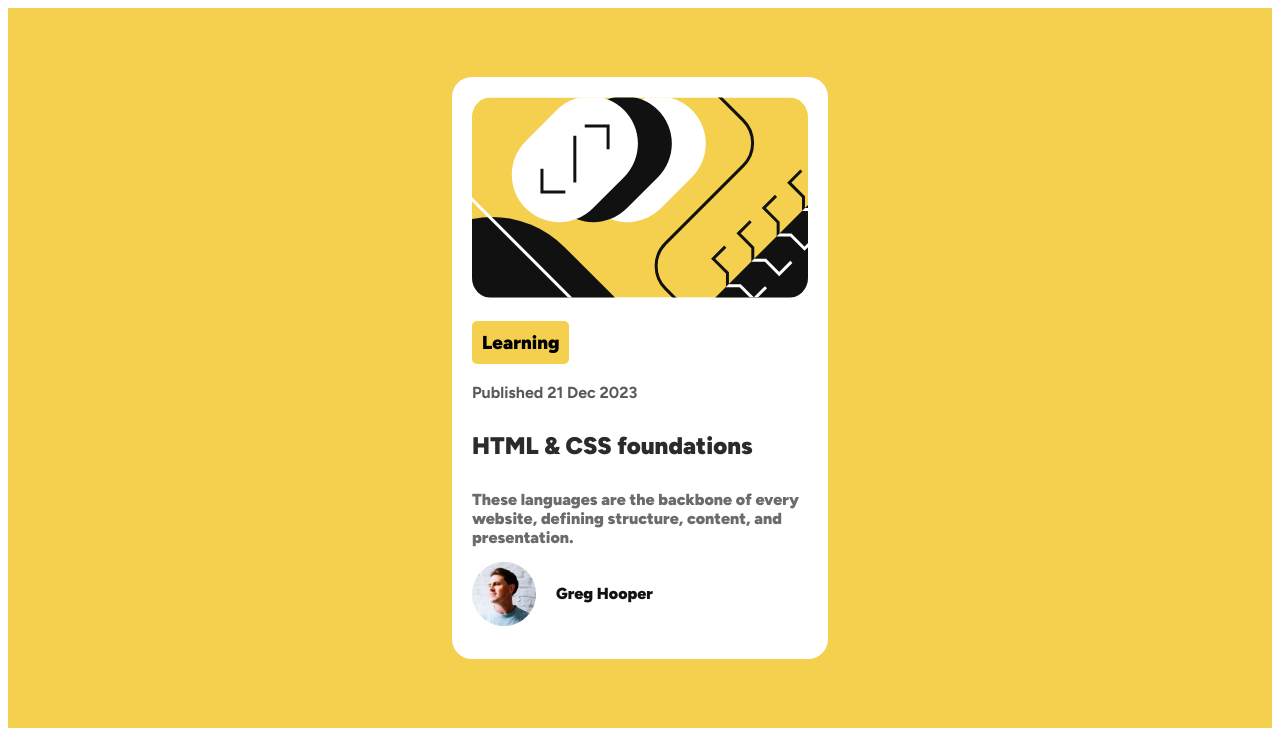
Repository: reemoon-ctrl/blog-preview-card
Page: index.html
The author's editor kept a copy of each file at every save. The page is drawn from the files as they stood at one save, then again after the next save.
The browser window is 1280 px wide. The pictures show the whole page.

Above is the page before, as saved 2024-07-19 15:07:55.

After the next save:
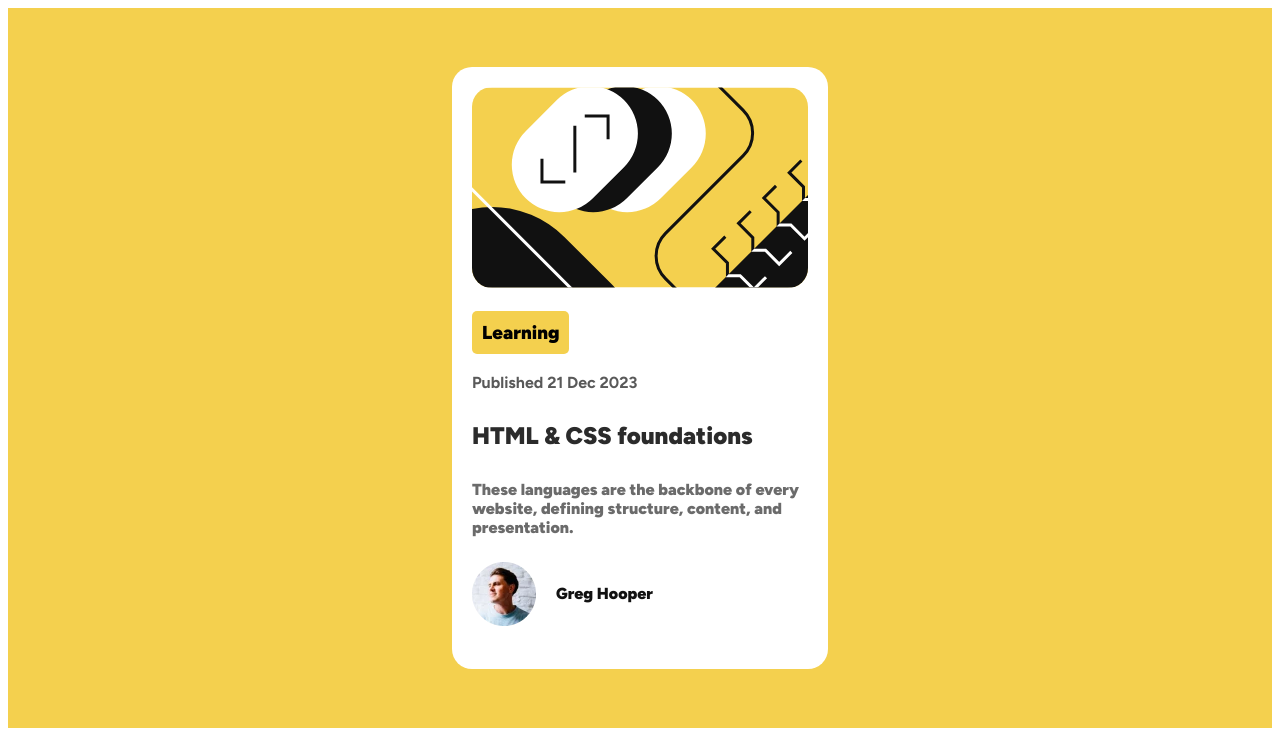
Saved 6 s later.
--- a/index.css
+++ b/index.css
@@ -69,7 +69,7 @@
 
     display: flex;
     align-items:center;
-    padding: 0px 0px;
+    padding: 10px 0px;
     gap: 20px;
     font-family: "Figtree", sans-serif;
     font-optical-sizing: auto;
